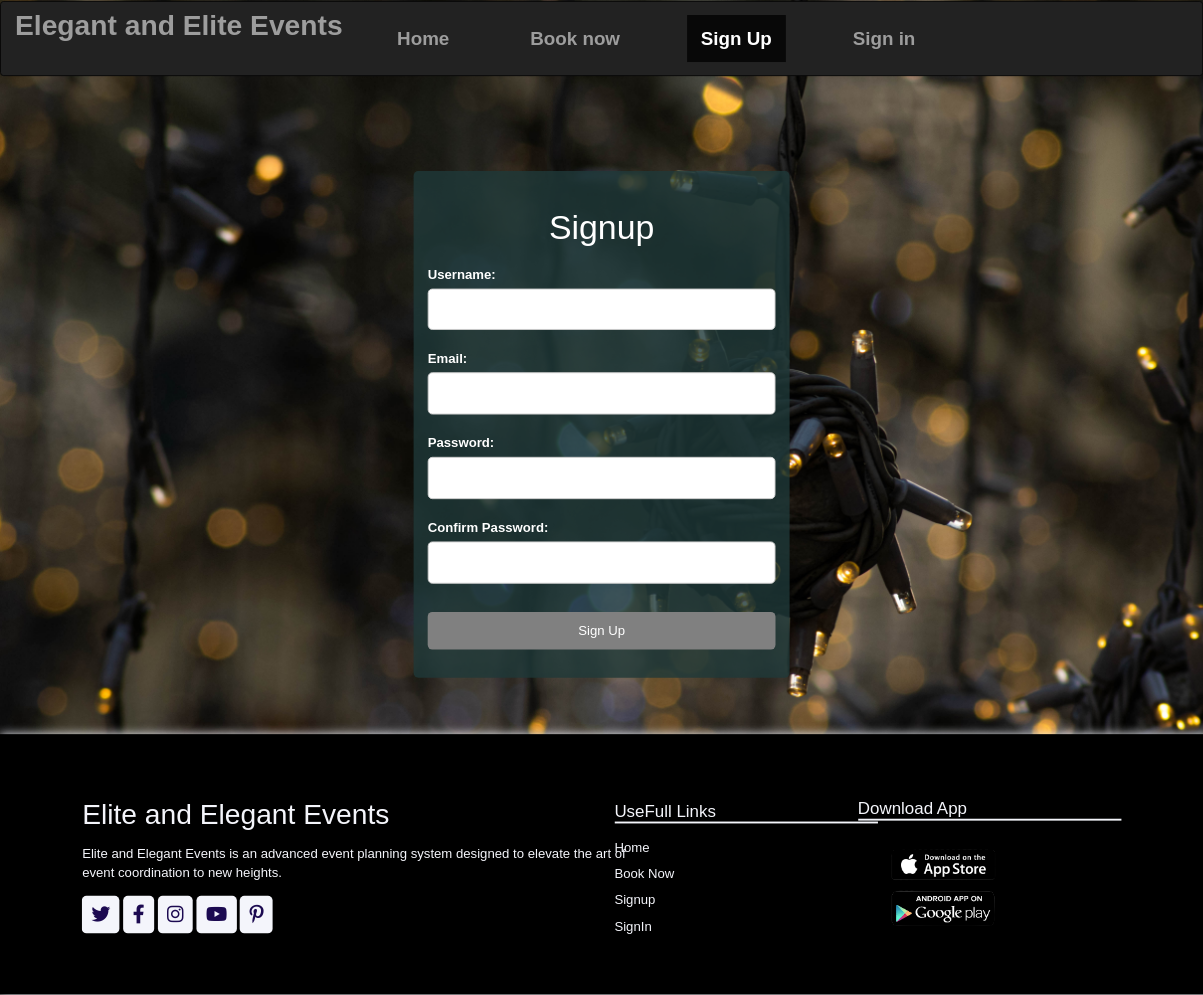
Repository: it22272690/Event-Planning-System
Page: http://localhost/PaymentDemo/Signup.jsp
These files come from the project's save history. The page is drawn as it stood at one moment and after the next save; the edit follows.
The browser window is 1280 px wide. The pictures show the whole page, at 94% of full size.
Some web fonts or font styles are not loaded; a fallback is used. The page is served by Tomcat 10. Other server files are loaded and not shown.

Above is the page before, as saved 2023-10-24 09:01:29.

### PaymentDemo/src/main/webapp/Signup.jsp
<%@ page language="java" contentType="text/html; charset=ISO-8859-1"
    pageEncoding="ISO-8859-1"%>


<!DOCTYPE html>
<html lang="en">
<head>

    <meta charset="UTF-8">
    <meta name="viewport" content="width=device-width, initial-scale=1.0">
    <title>Event Planning System Signup</title>
     <!-- Style Css Link -->
    <link rel="stylesheet" href="css/footer.css">
    <!-- Style Css Link -->

    <!-- Font Awesome Cdn -->
    <link rel="stylesheet" href="https://cdnjs.cloudflare.com/ajax/libs/font-awesome/6.4.0/css/all.min.css">
    <!-- Font Awesome Cdn -->

    <!-- Google Font links -->
    <link rel="preconnect" href="https://fonts.googleapis.com">
    <link rel="preconnect" href="https://fonts.gstatic.com" crossorigin>
    <link href="https://fonts.googleapis.com/css2?family=Josefin+Sans:wght@500&display=swap" rel="stylesheet">
    <!-- Google Font links -->

    <link rel="stylesheet" href="css\signup.css">
    <link rel="stylesheet" href="css\home.css">
    <title>Bootstrap Example</title>
        <meta charset="utf-8">
        <meta name="viewport" content="width=device-width, initial-scale=1">
        <link rel="stylesheet" href="https://maxcdn.bootstrapcdn.com/bootstrap/3.4.1/css/bootstrap.min.css">
        <script src="https://ajax.googleapis.com/ajax/libs/jquery/3.6.4/jquery.min.js"></script>
        <script src="https://maxcdn.bootstrapcdn.com/bootstrap/3.4.1/js/bootstrap.min.js"></script>
    </head>
    <body>

        <header>

            <nav class="navbar navbar-inverse">

                <div class="container-fluid">
                    <div class="navbar-header">

                        <a class="navbar-brand" href="#"><b style="font-size:30px;">Elegant and Elite Events</b></a>

                    </div>
                    <ul class="nav navbar-nav">

                        <li><a href="Home.jsp">Home</a></li>
                        <li><a href="Navigate.jsp">Book now</a></li>
                        <li class="active"><a href="Signup.jsp">Sign Up</a></li>
                        <li><a href="Signin.jsp">Sign in</a></li>


                    </ul>
                </div>
            </nav>

        </header>
        </body>
        </html>
</head>
<body>
<style>
   body {

         background-image: url("images/signup.jpg");
         font-family: 'Times New Roman';
        }
        footer {
    background-color: #222; /* Dark background for footer */
    padding: 10px;
    text-align: left;
}
h1 {
    text-align: center;
    color:#fff;
}
</style>
    <br><br><br><br>
    <div class="container">
        <h1>Signup </h1>
        <form id="signupForm" action="Signin.jsp" method="post">
            <label for="username">Username:</label>
            <input type="text" id="username" name="username" required>

            <label for="email">Email:</label>
            <input type="email" id="email" name="email" required>

            <label for="password">Password:</label>
            <input type="password" id="password" name="password" required>

            <label for="confirmPassword">Confirm Password:</label>
            <input type="password" id="confirmPassword" name="confirmPassword" required><br>

            <button type="submit">Sign Up</button>
        </form>
        <p id="errorText"></p>
    </div>
    <script src="js\signup.js"></script><br><br><br>
   <footer id="footer">
    <div class="footer-content">
        <div class="row" id="row1">
            <a href="#" id="footer-logo">Elite and Elegant Events</a>
            <p>Elite and Elegant Events is an advanced event planning system designed to elevate the art of event coordination to new heights.</p>
            <div class="socail-links">
                <i class="fa-brands fa-twitter"></i>
                <i class="fa-brands fa-facebook-f"></i>
                <i class="fa-brands fa-instagram"></i>
                <i class="fa-brands fa-youtube"></i>
                <i class="fa-brands fa-pinterest-p"></i>
            </div>
        </div>
        <div class="row" id="row2">
            <h3>UseFull Links</h3>
            <ul>
                <li><a href="#">Home</a></li>
                <li><a href="#">Book Now</a></li>
                <li><a href="#">Signup</a></li>
                <li><a href="#">SignIn</a></li>

            </ul>
        </div>

        <div class="row" id="row4">
            <h3>Download App</h3>
            <img src="images/app.png" alt="foot">
        </div>
    </div>
</footer>
</body>
</html>

### PaymentDemo/src/main/webapp/css/footer.css
*{
    margin: 0;
    padding: 0;
    box-sizing: border-box;
    text-decoration: none;
    list-style: none;
    scroll-behavior: smooth;
    font-family: 'Josefin Sans', sans-serif;
}
html::-webkit-scrollbar-track{
    background: transparent;
}
html::-webkit-scrollbar-thumb{
    background: #f4f5fb;
    border-radius: 10px;
}
html::-webkit-scrollbar{
    width: 10px;
}
body{
    background: #fff;
}


/* Footer Start */
#footer{
    width: 100%;
    padding: 50px 8% 50px;
    background-color: black;
    box-shadow: 10px 10px 10px 10px #f4f5fb;
}
.footer-content{
    display: grid;
    grid-template-columns: repeat(auto-fit, minmax(250px, auto));
    align-items: center;
    gap: 0.90rem;
}
#footer #row1{
    position: relative;
    overflow: hidden;
}
#footer #row1 #footer-logo{
    font-size: 30px;
    color: #f4f5fb;
}
#footer #row1 p{
    color: #f4f5fb;
    margin-top: 10px;
}
.socail-links{
    margin-top: 15px;
}
.socail-links i{
    color: #1c0a51;
    background: #f4f5fb;
    font-size: 20px;
    padding: 10px;
    border-radius: 5px;
    cursor: pointer;
}
#row2 h3{
    font-size: 18px;
    color: #f4f5fb;
    border-bottom: 2px solid #f4f5fb;
}
#row2 ul{
    margin-top: 15px;
}
#row2 ul li{
    margin-top: 8px;
}
#row2 ul li a{
    color: #f4f5fb;
    transition: 0.5s ease;
}
#row2 li a:hover{
    border-bottom: 1px solid #f4f5fb;
}
#row3 h3{
    font-size: 18px;
    color: #f4f5fb;
    border-bottom: 2px solid #f4f5fb;
}
#row3 ul{
    margin-top: 15px;
}
#row3 ul li{
    margin-top: 8px;
}
#row3 ul li a{
    color: #f4f5fb;
    transition: 0.5s ease;
}
#row3 li a:hover{
    border-bottom: 1px solid #f4f5fb;
}
#row4 h3{
    font-size: 18px;
    color: #f4f5fb;
    border-bottom: 2px solid #f4f5fb;
}
#row4 img{
    width: 180px;
    cursor: pointer;
}
/* Footer End */

### PaymentDemo/src/main/webapp/css/signup.css
* {
    margin: 0;
    padding: 0;
    box-sizing: border-box;
}

body {
    font-family: 'Times New Roman';
    background-image: url("images\signup.jpg");
    background-repeat: no-repeat;
    background-size: cover;
}

.container {
    max-width: 400px;
    margin: 0 auto;
    padding: 20px;
    background-color: rgba(31, 57, 57, 0.8); /* Semi-transparent background color */
    border-radius: 5px;
}

h1 {
    text-align: center;
    color:#fff;
}

form {
    display: flex;
    flex-direction: column;
    color:#fff;
}

label {
    margin-top: 10px;
    font-weight: bold;
}

input[type="text"],
input[type="email"],
input[type="password"] {
    padding: 10px;
    margin-bottom: 10px;
    border: 1px solid #ccc;
    border-radius: 5px;
    font-size: 16px;
}

button {
    background-color:#808080;
    color:#fff;
    padding: 10px;
    border: none;
    border-radius: 5px;
    font-size: 20px;
    cursor: pointer;
}

    button:hover {
        background-color: rgba(31, 57, 57, 0.8);
    }

#errorText {
    color: red;
    text-align: center;
    margin-top: 10px;
}

### PaymentDemo/src/main/webapp/css/home.css

.button {
    display: inline-block;
    padding: 10px 20px;
    background-color: #D2691E;
    color: #fff;
    text-decoration: none;
    border-radius: 10px;
    margin-right: 10px;
}

body {
    font-family: 'Courier New';
    margin: 0;
    padding: 0;
    background-color: #FFE4B5;
    color: #fff;
}

header {
    display: flex;
    font-family: Arial;
    font-size: 20px;
    align-items: center;

    padding: 1px 0;
    justify-content: space-between; /* Center buttons horizontally */
}

    header img {
        width: 100px; /* Adjust the width as needed */
        height: auto; /* Preserve the aspect ratio */
        margin-left: 20px; /* Add some left margin to the logo */
    }

nav ul {
    list-style-type: none;
    padding: 0;
    text-align: center; /* Center buttons vertically */
}

    nav ul li {
        display: inline;
        float: right;
        display: block;
        color: white;
        padding: 14px 18px;
        text-decoration: none;
    }

        nav ul li a {
            color: #fff;
            text-decoration: none;
            font-weight: bold;
            margin: 0 10px; /* Add some horizontal spacing between the buttons */
        }

.services {
    display: flex;
    flex-wrap: wrap;
    justify-content: center;
    margin: 20px auto;
    max-width: 1200px;
    color: #8B4513; /* Set the text color to white for visibility */
}

.service {
    background-color: #fff;
    border: 1px solid #FF4500; /* Slightly darker border */
    border-radius: 5px;
    padding: 20px;
    margin: 10px;
    text-align: center;
    width: calc(33.33% - 20px);
}

footer {
    background-color: #222; /* Dark background for footer */
    padding: 20px;
    text-align: left;
}

.contact, .social-media {
    display: inline-block;
    margin: 0 20px;
    text-align: left;
    color: #fff;
}

    .social-media a {
        color: #fff;
        text-decoration: none;
        margin: 5px;
        text-align: left;
    }

/* Add this CSS to style the search bar */
.search-section {
    display: flex;
    align-items: center;
}

.search-bar {
    padding: 10px;
    border: 1px solid #ccc;
    border-radius: 5px;
    margin-right: 10px;
    width: 200px; /* Adjust the width as needed */
    outline: none; /* Remove the outline on focus */
}

    .search-bar::placeholder {
        color: #999; /* Placeholder text color */
    }

.search-button {
    background-color: #D2691E;
    color: #fff;
    padding: 10px 20px;
    border: none;
    border-radius: 5px;
    cursor: pointer;
    font-weight: bold;
}

### PaymentDemo/src/main/webapp/js/signup.js
document.addEventListener('DOMContentLoaded', function () {
    const signupForm = document.getElementById('signupForm');
    const errorText = document.getElementById('errorText');

    signupForm.addEventListener('submit', function (e) {
        e.preventDefault();

        // Get form values
        const username = document.getElementById('username').value;
        const email = document.getElementById('email').value;
        const password = document.getElementById('password').value;
        const confirmPassword = document.getElementById('confirmPassword').value;

        // Check if passwords match
        if (password !== confirmPassword) {
            errorText.textContent = 'Passwords do not match.';
            return;
        }

        // Perform further validation if needed

        // Submit the form data to the server or perform other actions
        // For demonstration purposes, just display a success message
        errorText.textContent = 'Signup successful!';

        // You would typically send the form data to the server for processing here
    });
});

After the next save:
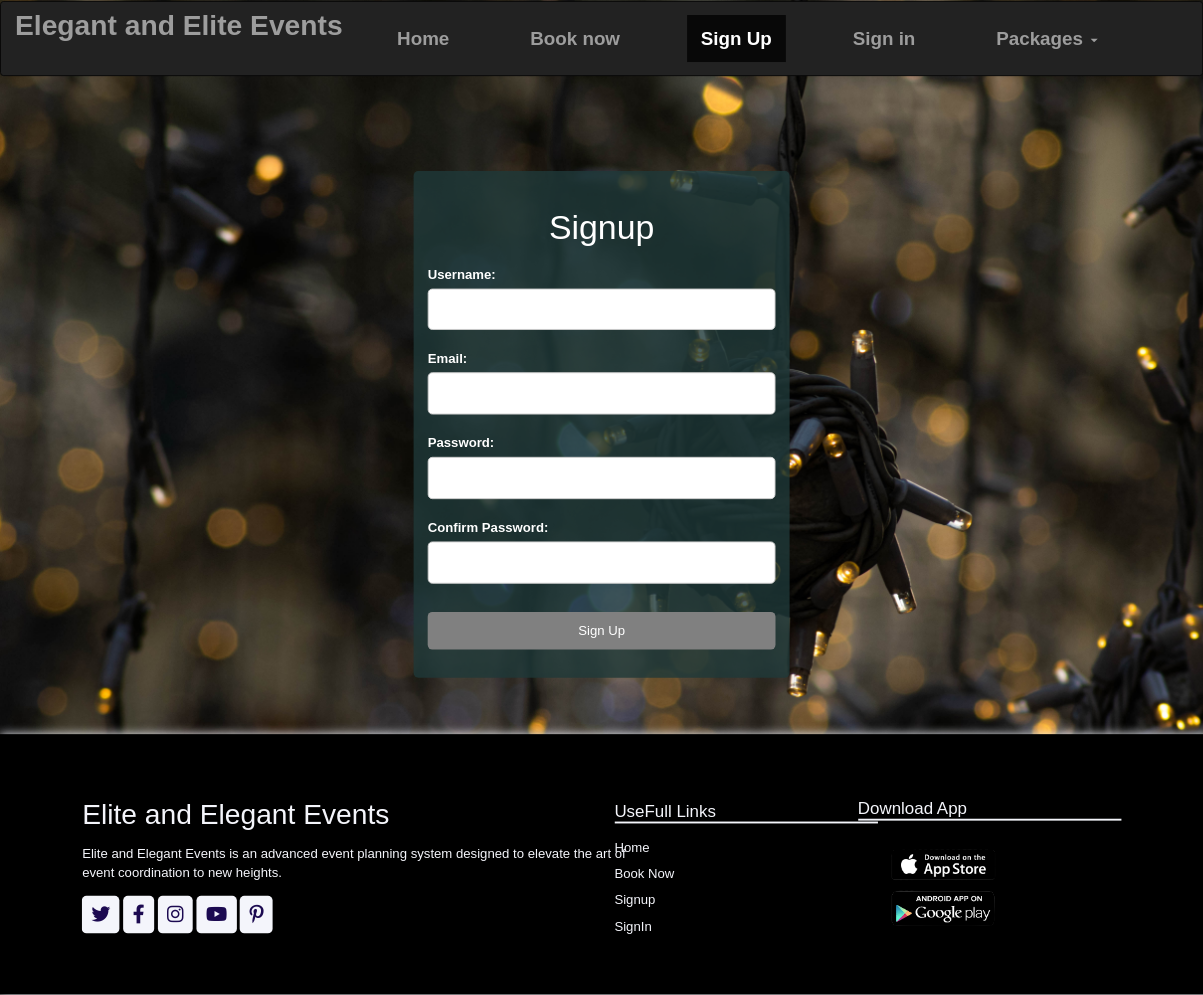
Saved 34 s later.
--- a/PaymentDemo/src/main/webapp/Signup.jsp
+++ b/PaymentDemo/src/main/webapp/Signup.jsp
@@ -50,6 +50,16 @@
                         <li><a href="Navigate.jsp">Book now</a></li>
                         <li class="active"><a href="Signup.jsp">Sign Up</a></li>
                         <li><a href="Signin.jsp">Sign in</a></li>
+                        <li class="dropdown"> <!-- Dropdown Menu -->
+                        <a href="#" class="dropdown-toggle" data-toggle="dropdown">Packages <span class="caret"></span></a>
+                        <ul class="dropdown-menu">
+                            <li class="center-text"><a href="#">Food and Beverages</a></li>
+                            <li class="center-text"><a href="#">Decorations</a></li>
+                            <li class="center-text"><a href="#">Entertainment</a></li>
+                            <li class="center-text"><a href="#">Hotels</a></li>
+
+                            </ul>
+                            </li>
 
 
                     </ul>
